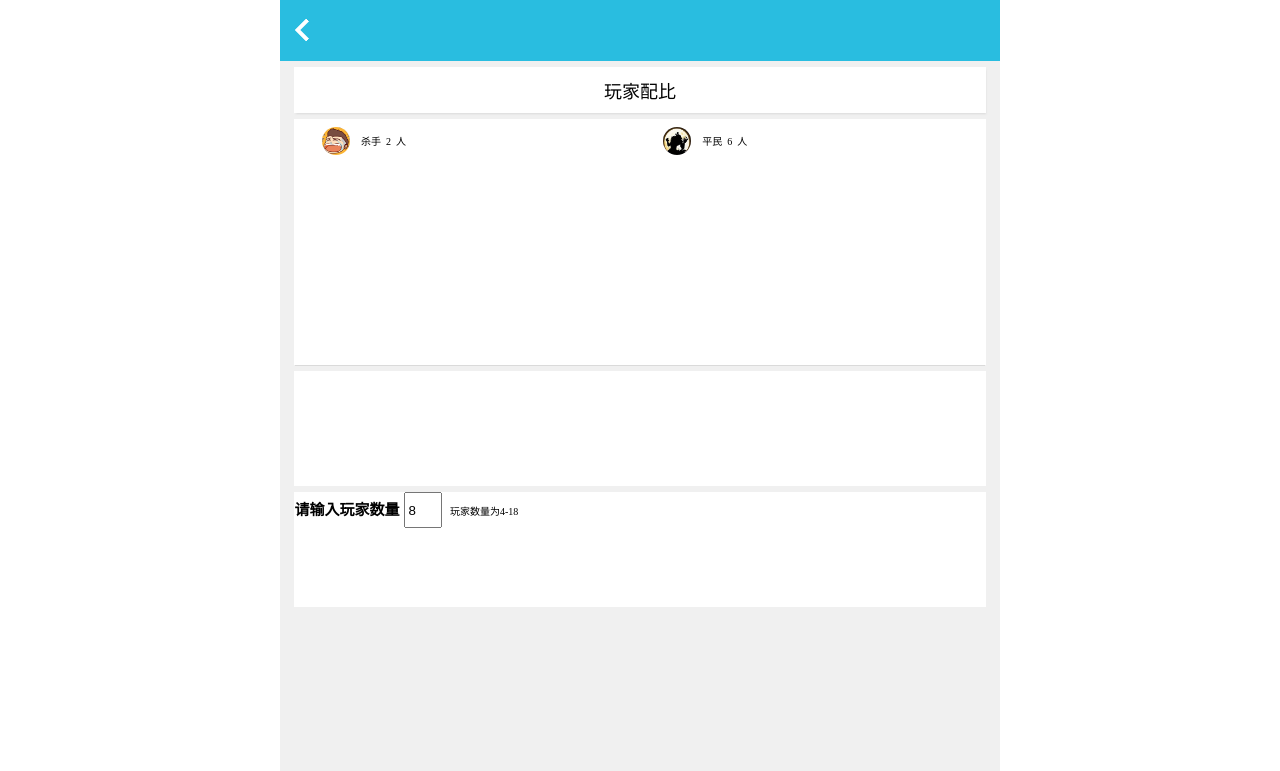
Repository: leozhangpd/My-Codes
Page: JS/two-project/deploy_page.html
The author's editor kept a copy of each file at every save. The page is drawn from the files as they stood at one save, then again after a run of saves.
The browser window is 1280 px wide. The pictures show the whole page.

Above is the page before, as saved 2020-11-09 17:11:04.

After the next 2 saves:
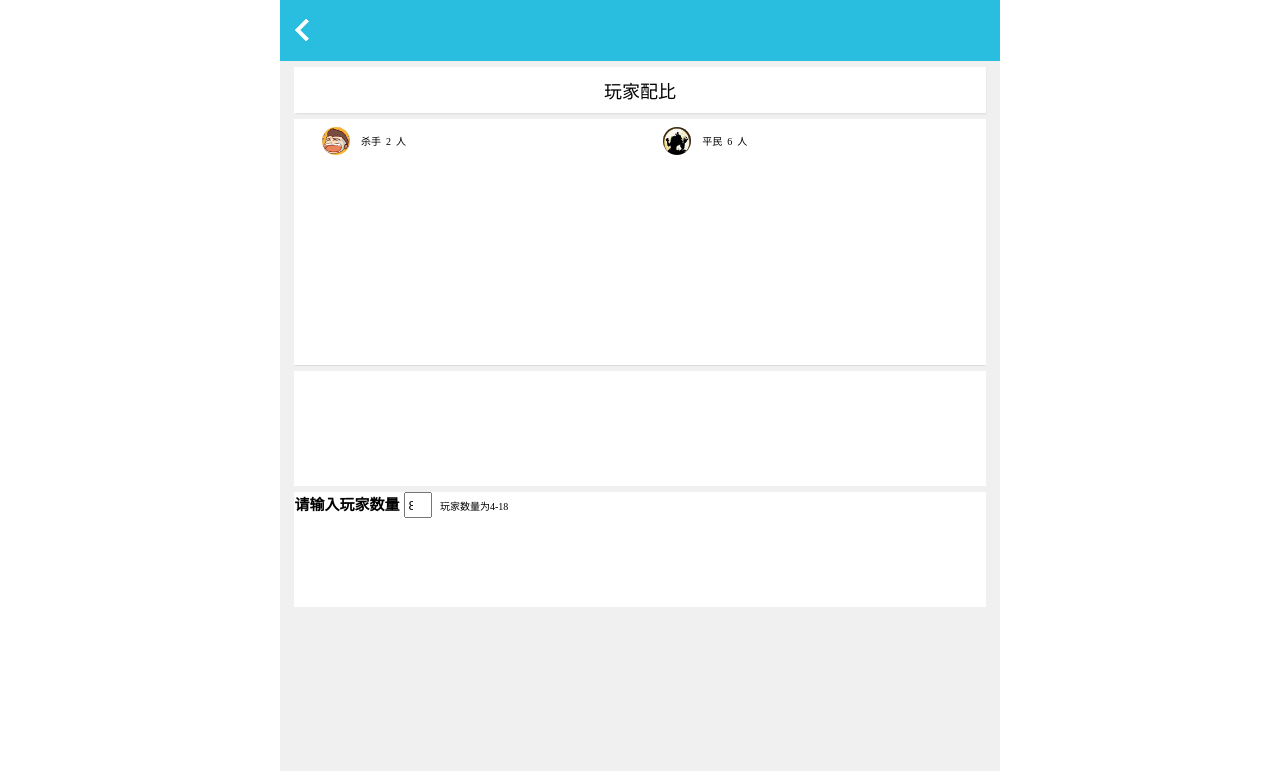
The 2 saves are shown as one change because they came seconds apart.
The last was saved 14 s later.
--- a/JS/two-project/css/deploy_page.css
+++ b/JS/two-project/css/deploy_page.css
@@ -76,6 +76,6 @@ main>*{background-color: #fff;}
     font-weight: bold;
 }
 .player-number>input{
-    width: 3rem;
-    height: 3rem;
+    width: 2rem;
+    height: 2rem;
 }
